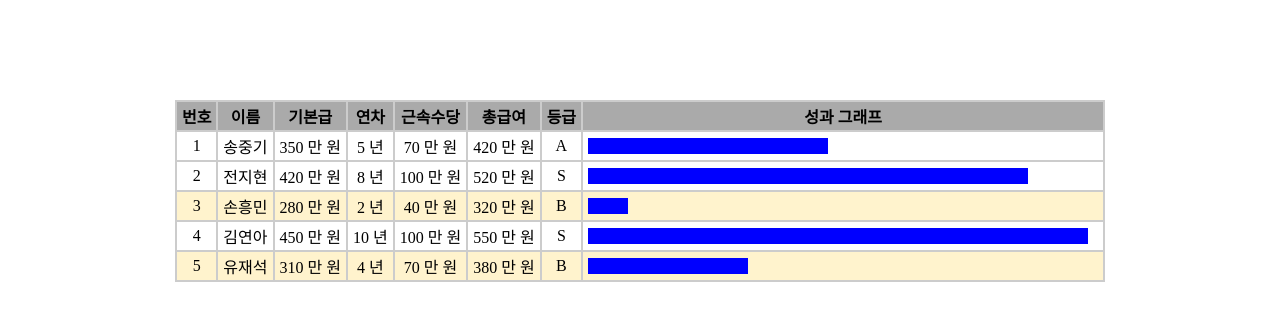
Repository: kkw3202/Jsp2026
Page: http://localhost/chapter01/exsample_salary.jsp
These files come from the project's save history. The page is drawn as it stood at one moment and after the next save; the edit follows.
The browser window is 1280 px wide. The pictures show the whole page.
The page is served by Tomcat 9.

Above is the page before, as saved 2026-10-16 07:50:50.

After the next save:
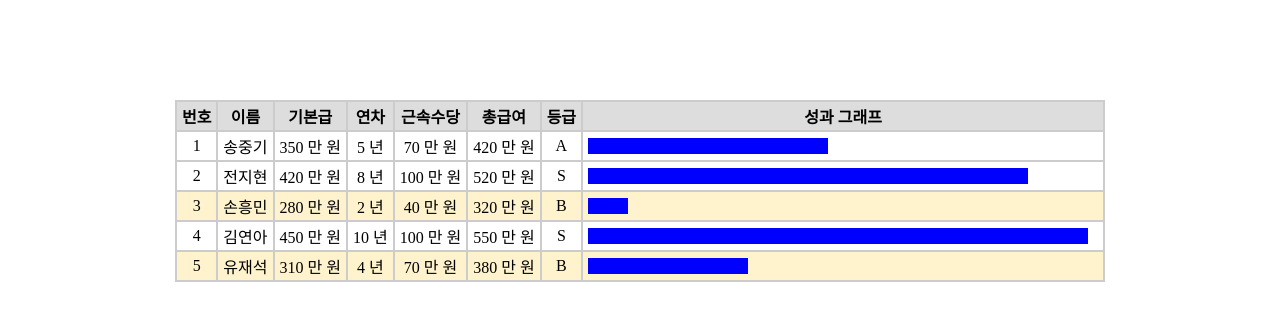
Saved 7 s later.
--- a/chapter01/src/main/webapp/exsample_salary.jsp
+++ b/chapter01/src/main/webapp/exsample_salary.jsp
@@ -14,7 +14,7 @@
 	}
 
 	th{
-		background-color: #aaa;
+		background-color: #ddd;
 	}
 </style>
 </head>
